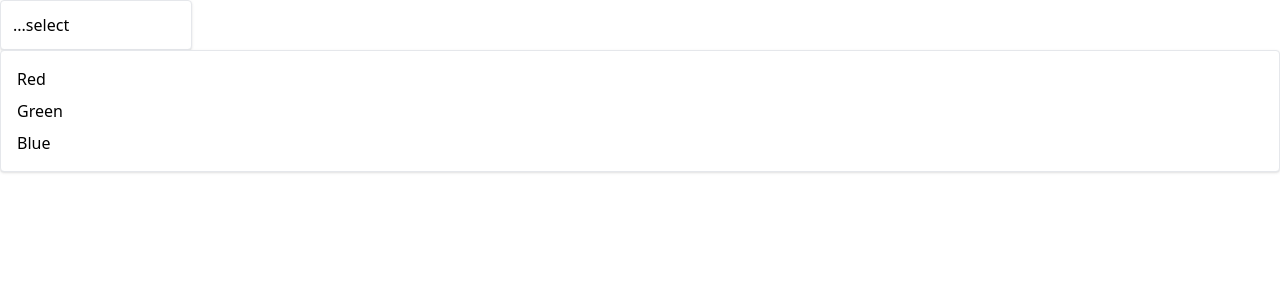
Repository: Marhamat92/reactroutefromstephen
Page: /, after clicking the first element matching `div.flex`
The author's editor kept a copy of each file at every save. The page is drawn from the files as they stood at one save, then again after the next save.
The browser window is 1280 px wide. The pictures show the whole page.
The project was rebuilt for these pictures with package versions that can differ from the ones it lists, and the page was loaded fresh each time. Also part of the build but not shown: src/App.css.

Above is the page before, as saved 2022-12-21 23:13:43.

After the next save:
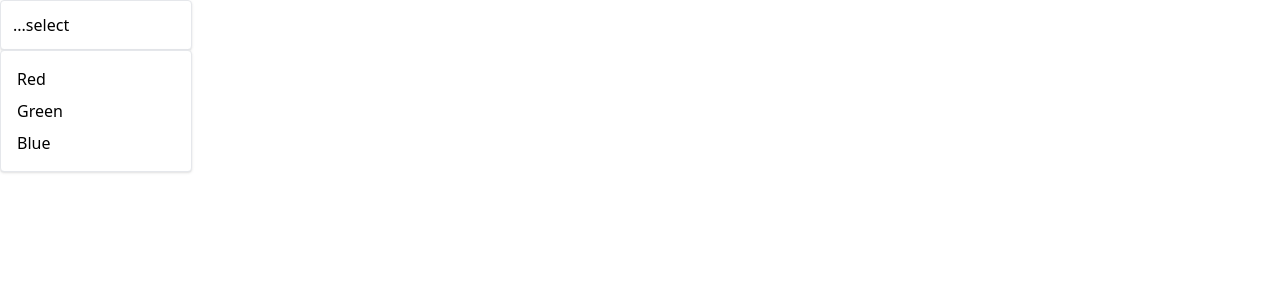
Saved 14 s later.
--- a/src/components/Dropdowns/DropDown.tsx
+++ b/src/components/Dropdowns/DropDown.tsx
@@ -37,7 +37,7 @@ function DropDown({ options, value, onChange }: Props) {
   });
 
   return (
-    <div className='w-48'>
+    <div className='w-48 relative'>
       <div
         className='flex justify-between items-center cursor-pointer border rounded p-3 shadow bg-white w-full'
         onClick={handleShowOptions}
